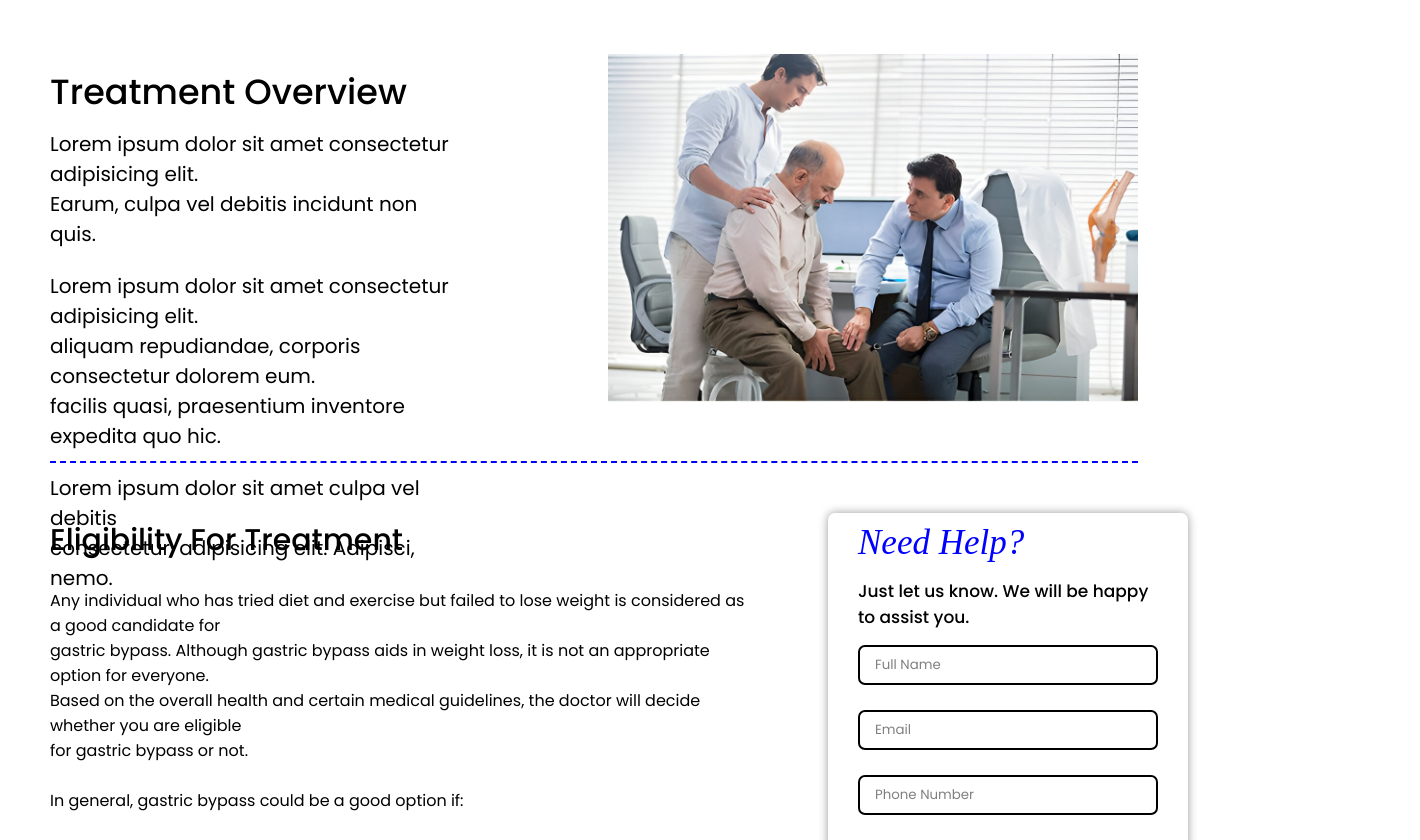
Repository: hetuk2005/webDevelopment
Page: Projects/Aafiya.html
The author's editor kept a copy of each file at every save. The page is drawn from the files as they stood at one save, then again after the next save.
The browser window is 1280 px wide. The page is 1420 px wide, so the pictures cover 1420 px, including what lies to the right of the window. The pictures show the part of the page from y = 620 to 1460 px (the page is 7844 px tall).
Some web fonts or font styles are not loaded; a fallback is used.

Above is the page before, as saved 2025-04-14 16:03:15.

### Projects/Aafiya.html
<!DOCTYPE html>
<html lang="en">

<head>
    <meta charset="UTF-8" />
    <meta name="viewport" content="width=device-width, initial-scale=1.0" />
    <title>Hetuk</title>
    <link rel="stylesheet" href="./CSS/Aafiya.css" />
</head>

<body>
    <nav>
        <div class="child1">
            <div class="images">
                <img src="./Images/Aafiya Logo.svg" alt="Aafiya Logo" class="img1" />
                <img src="./Images/Logo 2.png" alt="Logo" class="img2" />
            </div>
            <div class="image_text">
                <div class="book_text">
                    <img src="./Images/Book.svg" alt="Book" class="img3" />
                    <div class="grid">
                        <p class="text">Second Medical Option</p>
                        <p class="text1">Book Consultation</p>
                    </div>
                </div>
                <div class="call_text">
                    <img src="./Images/Call.svg" alt="Call" class="img4" />
                    <div class="grid">
                        <p class="text">Call Us On</p>
                        <p class="text1">985 896 2222</p>
                    </div>
                </div>
                <div class="mail_text">
                    <img src="./Images/Mail.png" alt="Mail" class="img5" />
                    <div class="grid">
                        <p class="text">Email Us On</p>
                        <p class="text1">info@mediretreats.com</p>
                    </div>
                </div>
                <img src="./Images/India.svg" alt="India Flag" class="img6" />
            </div>
        </div>
        <div class="child2">
            <ul>
                <li>Home</li>
                <li>About Us</li>
                <li>Treatments +</li>
                <li>Destinations +</li>
                <li>Hospitals</li>
                <li>FAQs</li>
                <li>Blog</li>
                <li>Request A Quote</li>
            </ul>
            <input type="search" placeholder="🔍  Search" />
        </div>
    </nav>
    <div class="home_img">
        <div class="home_child">
            <p class="home_content">Home</p>
            <span class="red"> > </span>
            <p class="home_content">Treatments</p>
            <span class="red"> > </span>
            <p class="home_content">Orthopaedics</p>
            <span class="red"> > </span>
            <p class="home_content">Knee Replacement</p>
        </div>
        <h3>Total Knee Replacement</h3>
        <p class="home_description">
            Total knee replacement is a surgery to remove and replace the whole<br> damaged knee joint with an artificial joint.
        </p>
        <button class="enquire_now">Enquire Now</button>
    </div>
    <div class="nav2">
        <ul>
            <li class="list">Overview</li>
            <li>Eligibility</li>
            <li>Preparation</li>
            <li>About Treatment</li>
            <li>Post-Treatment Care</li>
            <li>Recovery Tips</li>
            <li>FAQs</li>
            <li>Patients Stories</li>
        </ul>
    </div>
    <div class="treatment_overview">
        <div class="treatment_text">
            <h3>Treatment Overview</h3>
            <p>
                Lorem ipsum dolor sit amet consectetur adipisicing elit.<br /> Earum, culpa vel debitis incidunt non quis.
            </p>
            <p>
                Lorem ipsum dolor sit amet consectetur adipisicing elit.<br /> aliquam repudiandae, corporis consectetur dolorem eum.<br /> facilis quasi, praesentium inventore expedita quo hic.
            </p>
            <p>
                Lorem ipsum dolor sit amet culpa vel debitis<br /> consectetur, adipisicing elit. Adipisci, nemo.
            </p>
        </div>
        <div class="treatment_img">
            <img src="./Images/treatment_overview (1).jpg" alt="Image" />
        </div>
    </div>
    <div class="text_grid">
        <div class="eligibility_for_treatment">
            <div class="eligibility_text">
                <h3>Eligibility For Treatment</h3>
                <br />
                <p>
                    Any individual who has tried diet and exercise but failed to lose weight is considered as a good candidate for<br /> gastric bypass. Although gastric bypass aids in weight loss, it is not an appropriate option for everyone.<br /> Based
                    on the overall health and certain medical guidelines, the doctor will decide whether you are eligible<br /> for gastric bypass or not.
                </p>
                <br />
                <p>In general, gastric bypass could be a good option if:</p>
                <br />
                <ul>
                    <li>The BMI (body mass index) is 40 or more.</li>
                    <li>
                        Your BMI is 30 or more with severe weight-related health conditions like type-2 diabetes and high<br /> blood pressure.
                    </li>
                    <li>You are willing to make permanent changes in the lifestyle.</li>
                </ul>
            </div>
            <div class="eligibility_form">
                <h3>Need Help?</h3>
                <p>
                    Just let us know. We will be happy<br /> to assist you.
                </p>
                <form>
                    <input type="text" placeholder="Full Name" />
                    <input type="email" placeholder="Email" />
                    <input type="tel" placeholder="Phone Number" />
                    <input type="textarea" placeholder="Describe Your Treatment Requirement" class="textarea" />
                    <button class="Enquiry">Send Enquiry</button>
                </form>
            </div>
        </div>
        <div class="preparation_of_treatment">
            <h3>Preparation Of Treatment</h3>
            <br />
            <p>
                Any individual who has tried diet and exercise but failed to lose weight is considered as a good candidate for<br /> gastric bypass. Although gastric bypass aids in weight loss, it is not an appropriate option for everyone.<br /> Based
                on the overall health and certain medical guidelines, the doctor will decide whether you are eligible<br /> for gastric bypass or not.
            </p>
            <br />
            <p>In general, gastric bypass could be a good option if:</p>
            <br />
            <ul>
                <li>The BMI (body mass index) is 40 or more.</li>
                <li>
                    Your BMI is 30 or more with severe weight-related health conditions like type-2 diabetes and high<br /> blood pressure.
                </li>
                <li>You are willing to make permanent changes in the lifestyle.</li>
            </ul>
        </div>
    </div>
    <div class="about_treatment">
        <h3>About Treatment</h3>
        <br />
        <p>
            Any individual who has tried diet and exercise but failed to lose weight is considered as a good candidate for<br /> gastric bypass. Although gastric bypass aids in weight loss, it is not an appropriate option for everyone.<br /> Based on
            the overall health and certain medical guidelines, the doctor will decide whether you are eligible<br /> for gastric bypass or not.
        </p>
        <br />
        <p>In general, gastric bypass could be a good option if:</p>
        <br />
        <ul>
            <li>The BMI (body mass index) is 40 or more.</li>
            <li>
                Your BMI is 30 or more with severe weight-related health conditions like type-2 diabetes and high<br /> blood pressure.
            </li>
            <li>You are willing to make permanent changes in the lifestyle.</li>
        </ul>
    </div>
    <div class="post_treatment">
        <h3>Post-Treatment Care Treatment</h3>
        <br />
        <p>
            Any individual who has tried diet and exercise but failed to lose weight is considered as a good candidate for<br /> gastric bypass. Although gastric bypass aids in weight loss, it is not an appropriate option for everyone.<br /> Based on
            the overall health and certain medical guidelines, the doctor will decide whether you are eligible<br /> for gastric bypass or not.
        </p>
        <br />
        <p>In general, gastric bypass could be a good option if:</p>
        <br />
        <ul>
            <li>The BMI (body mass index) is 40 or more.</li>
            <li>
                Your BMI is 30 or more with severe weight-related health conditions like type-2 diabetes and high<br /> blood pressure.
            </li>
            <li>You are willing to make permanent changes in the lifestyle.</li>
        </ul>
    </div>
    <div class="treatment_recovery">
        <h3>Post-Treatment Care Treatment</h3>
        <br />
        <p>
            Any individual who has tried diet and exercise but failed to lose weight is considered as a good candidate for<br /> gastric bypass. Although gastric bypass aids in weight loss, it is not an appropriate option for everyone.<br /> Based on
            the overall health and certain medical guidelines, the doctor will decide whether you are eligible<br /> for gastric bypass or not.
        </p>
        <br />
        <p>In general, gastric bypass could be a good option if:</p>
        <br />
        <ul>
            <li>The BMI (body mass index) is 40 or more.</li>
            <li>
                Your BMI is 30 or more with severe weight-related health conditions like type-2 diabetes and high<br /> blood pressure.
            </li>
            <li>You are willing to make permanent changes in the lifestyle.</li>
        </ul>
    </div>
    <div class="treatment_faqs">
        <h3>Treatment FAQs</h3>
        <br />
        <p>How do I know the clinic I am searching is verified?</p>
        <br />
        <p>
            I can't travel alone so can some family member or friend of mine accompany me?
        </p>
        <br />
        <p class="answered">
            Can I see my doctor before I decide and what about my post recovery?
        </p>
        <br />
        <p class="answer">
            <span class="left">
          Yes, pre and post treatment consultation can be done. You can speak to
          the doctor at the most<br />
          appropriate time (before you decide to travel) to boost your
          confidence. The team at<br />
          Mediretreats will also help you with arranging the OPD'S after the
          surgeries.
        </span>
        </p>
        <br />
        <a class="bottom">
        How do I share my reports and medical cases with the clinic of my
        choice?
      </a>
        <br />
    </div>
    <h4>Patients Stories & Videos</h4>
    <div class="patient_stories">
        <div class="stories_img">
            <div class="text1">
                <p class="stories_text">
                    Underwent procedure for<br /> retinal detachment
                </p>
                <br /><br />
                <img src="./Images/Quotes.svg" alt="Quotes" class="quotes" />
            </div>
            <img src="./Images/Patient_Stories.png" alt="Image Of Patient" />
            <br />
            <div class="profile1">
                <img src="./Images/Profile.svg" alt="Luke Olfert" />
                <div class="flex">
                    <h5>Luke Olfert</h5>
                    <p>New York, USA</p>
                </div>
            </div>
        </div>
        <br /><br />
        <div class="S">
            <div class="A">
                <p class="ST">
                    Underwent Colonoscope And<br /> Medical Management
                </p>
                <br /><br />
                <img src="./Images/Quotes.svg" alt="Quotes" class="quotes" />
            </div>
            <br />
            <p class="padding">
                Lorem ipsum dolor sit amet consectetur eaque facere.<br /> Ipsa alias quae eligendi eaque nam minima facere<br /> soluta dolore, adipisci ipsum, facere fugiat facere earn<br /> nam minima qui libero! Perspici facere fugiat facere<br />                exercitationem nemo culpa ut facere facere fugiat
                <br /> architecto facere fugiat.
            </p>
            <br />
            <div class="P">
                <img src="./Images/Profile.svg" alt="Luke Olfert" />
                <div class="F">
                    <h5>Luke Olfert</h5>
                    <p>Sydney,Australia</p>
                </div>
            </div>
        </div>
    </div>
    <div class="container">
        <span class="active"></span>
        <span></span>
        <span></span>
    </div>
    <div class="top_doctors">
        <h3>Doctors</h3>
        <div class="center">
            <h1>Top Orthopaedic</h1>
            <h1 class="blue">Doctors</h1>
        </div>
        <div class="parent">
            <div class="card">
                <div class="pink_box"></div>
                <h5>Dr. Faique Falke</h5>
                <p class="place">Musaffah Industrial - Abu Dhabi</p>
                <p class="doctors">Doctor Degree & Specialist</p>
            </div>
            <br />
            <div class="card">
                <div class="pink_box"></div>
                <h5>Dr. Faique Falke</h5>
                <p class="place">Musaffah Industrial - Abu Dhabi</p>
                <p class="doctors">Doctor Degree & Specialist</p>
            </div>
            <br />
            <div class="card">
                <div class="pink_box"></div>
                <h5>Dr. Faique Falke</h5>
                <p class="place">Musaffah Industrial - Abu Dhabi</p>
                <p class="doctors">Doctor Degree & Specialist</p>
            </div>
        </div>
        <div class="container">
            <span class="active"></span>
            <span></span>
            <span></span>
        </div>
    </div>
    <div class="hospitals">
        <h2>Hospitals</h2>
        <div class="center">
            <h1>Recommended</h1>
            <h1 class="blue">Hospitals</h1>
        </div>
        <div class="card_parent">
            <div class="card">
                <img src="./Images/Apollo Hospital.png" alt="Apollo Hospital" id="apollo" />
                <h3>Apollo Hospital</h3>
                <h5>Banglore</h5>
            </div>
            <div class="card">
                <img src="./Images/Medanta Hospital.png" alt="Medanta Hospital" id="apollo" />
                <h3>Medanta Hospital</h3>
                <h5>Gurgaon</h5>
            </div>
            <div class="card">
                <img src="./Images/Jaslok Hospital.png" alt="Jaslok Hospital" id="apollo" />
                <h3>Jaslok Hospital</h3>
                <h5>Mumbai</h5>
            </div>
        </div>
        <div class="container">
            <span class="active"></span>
            <span></span>
            <span></span>
        </div>
        <p>
            Don't hesitate, contact us for better help and services.
            <u>Explore all Hospitals</u>
        </p>
    </div>
    <div class="footer">
        <div class="footer1">
            <h5>Stay healthy and strong to enjoy life</h5>
            <h2>We have team of healthcare experts</h2>
            <div class="flex">
                <button>Get In Touch</button>
                <h1>+91 898 777 9999</h1>
            </div>
        </div>
        <div class="footer2">
            <div class="parent_list">
                <div class="list">
                    <h5>Important Links</h5>
                    <ul>
                        <li>Home</li>
                        <li>About Us</li>
                        <li>FAQs</li>
                        <li>Blog</li>
                        <li>Contact Us</li>
                    </ul>
                </div>
                <div class="list">
                    <h5>Top Hospitals</h5>
                    <ul>
                        <li>Apollo Hospital Delhi</li>
                        <li>Medanta Hospital Gurgaon</li>
                        <li>Max Hospital Delhi</li>
                        <li>Jaslok Hospital Mumbai</li>
                        <li>Artemis Hospital Gurgaon</li>
                        <li>Fortis Hospital Gurgaon</li>
                        <li>View All</li>
                    </ul>
                </div>
                <div class="list">
                    <h5>Speciality Treatments</h5>
                    <ul>
                        <li>Knee Replacement Surgeon</li>
                        <li>Urologist</li>
                        <li>Spine Surgeon</li>
                        <li>ENT Surgeons</li>
                        <li>Orthopedic</li>
                        <li>Cardiologist</li>
                        <li>View All</li>
                    </ul>
                </div>
                <div class="bottom_list">
                    <h5>Medical Tourism Destinations</h5>
                    <ul>
                        <li>Medical Tourism In India</li>
                        <li>Medical Tourism In Sri Lanka</li>
                        <li>Medical Tourism In UAE</li>
                        <li>View All</li>
                    </ul>
                </div>
            </div>
            <br />
            <div class="child_footer">
                <div class="flex">
                    <img src="./Images/icon.png" alt="Icon" />
                    <div class="flex1">
                        <h3>Are you doctor / hospital?</h3>
                        <h2>Join Mediretreats</h2>
                    </div>
                </div>
                <p>
                    Lorem ipsum dolor sit adipisicing elit,<br /> recusandae nesciunt nam nobis.
                </p>
            </div>
            <div class="about">
                <img src="./Images/footer-logo.png" alt="Aafiya Footer Logo" />
                <br />
                <div class="text">
                    <h3>About Aafiya Mediretreats</h3>
                    <p>
                        <b>Aafiya Mediretreats</b> is a free, confidential, independent resource for patients<br /> and industry providers. Our mission is to provide a central portal where pa-<br /> tients, Medical Tourism providers, hospitals, clinics,
                        employers, and insurance<br /> companies can all find the information they need. Our site focuses on patients<br /> looking for specific knowledge in the fields of medical tourism,
                        <br /> dental tourism, and health tourism
                    </p>
                </div>
                <div class="follow_us">
                    <div class="logo_img">
                        <h3>Follow Us On</h3>
                        <img src="./Images/Facebook (1).png" alt="Facebook Logo" class="facebook" />
                        <img src="./Images/Twitter (1).png" alt="Twitter Logo" class="twitter" />
                        <img src="./Images/Instagram (1).png" alt="Instagram Logo" class="instagram" />
                        <img src="./Images/Youtube (1).png" alt="Youtube Logo" class="youtube" />
                    </div>
                    <div class="text">
                        <h5>Customer Service</h5>
                        <h3 class="blue">+91 9856555666</h3>
                    </div>
                </div>
            </div>
        </div>
    </div>
    <div class="footer_blue">
        <div class="text2">
            <p>Copyright © 2020 Aafiya Mediretreats. All Rights Reserved. Designed by Ideamagix.</p>
        </div>
        <div class="right">
            <p>Terms And Conditions</p>
            <p>Privacy Policy</p>
        </div>
    </div>
</body>

</html>

Loaded but not shown: Projects/CSS/Aafiya.css (1046 lines, source omitted)

After the next save:
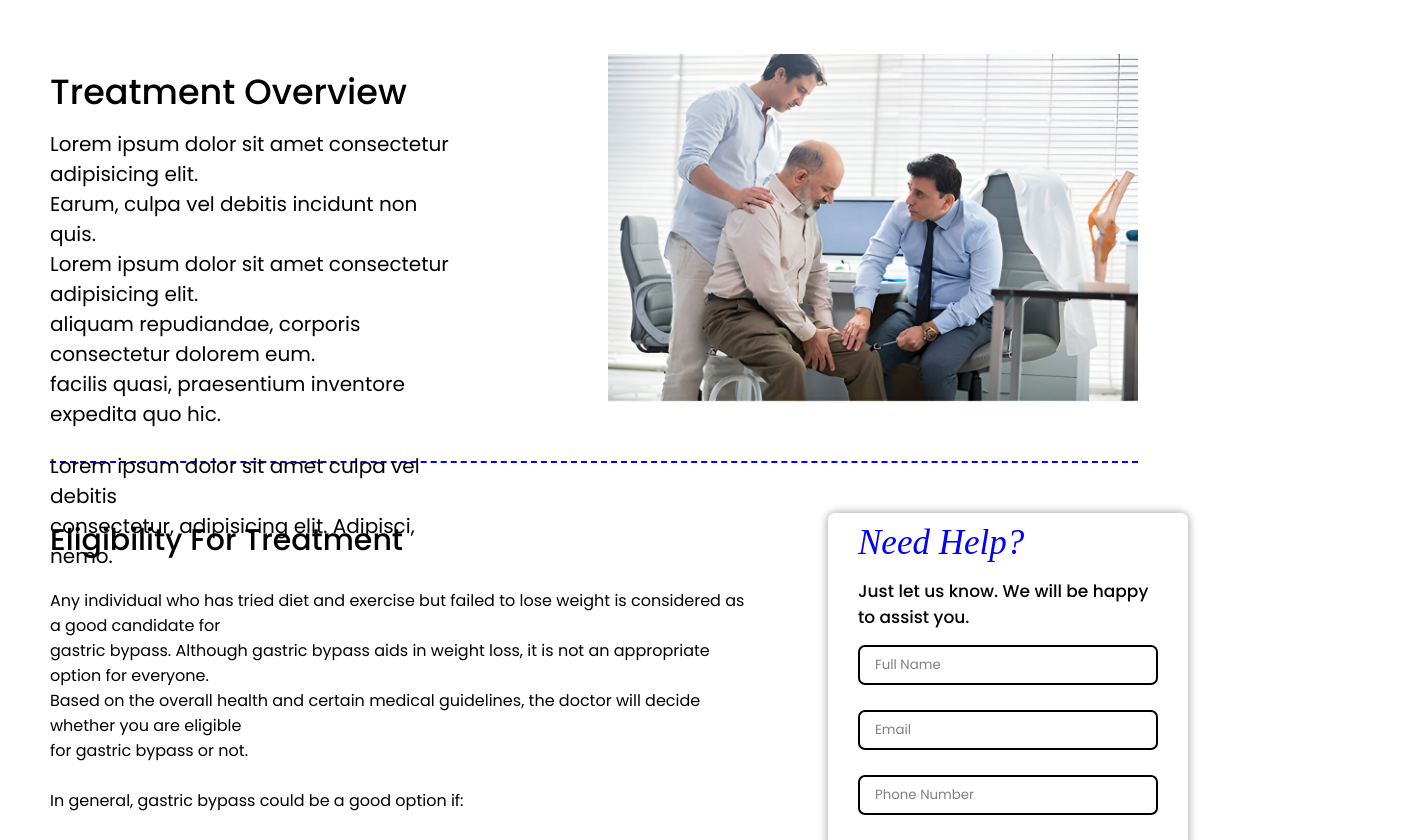
Saved 24 s later.
--- a/Projects/Aafiya.html
+++ b/Projects/Aafiya.html
@@ -86,10 +86,7 @@
         <div class="treatment_text">
             <h3>Treatment Overview</h3>
             <p>
-                Lorem ipsum dolor sit amet consectetur adipisicing elit.<br /> Earum, culpa vel debitis incidunt non quis.
-            </p>
-            <p>
-                Lorem ipsum dolor sit amet consectetur adipisicing elit.<br /> aliquam repudiandae, corporis consectetur dolorem eum.<br /> facilis quasi, praesentium inventore expedita quo hic.
+                Lorem ipsum dolor sit amet consectetur adipisicing elit.<br /> Earum, culpa vel debitis incidunt non quis.<br> Lorem ipsum dolor sit amet consectetur adipisicing elit.<br /> aliquam repudiandae, corporis consectetur dolorem eum.<br />                facilis quasi, praesentium inventore expedita quo hic.
             </p>
             <p>
                 Lorem ipsum dolor sit amet culpa vel debitis<br /> consectetur, adipisicing elit. Adipisci, nemo.
